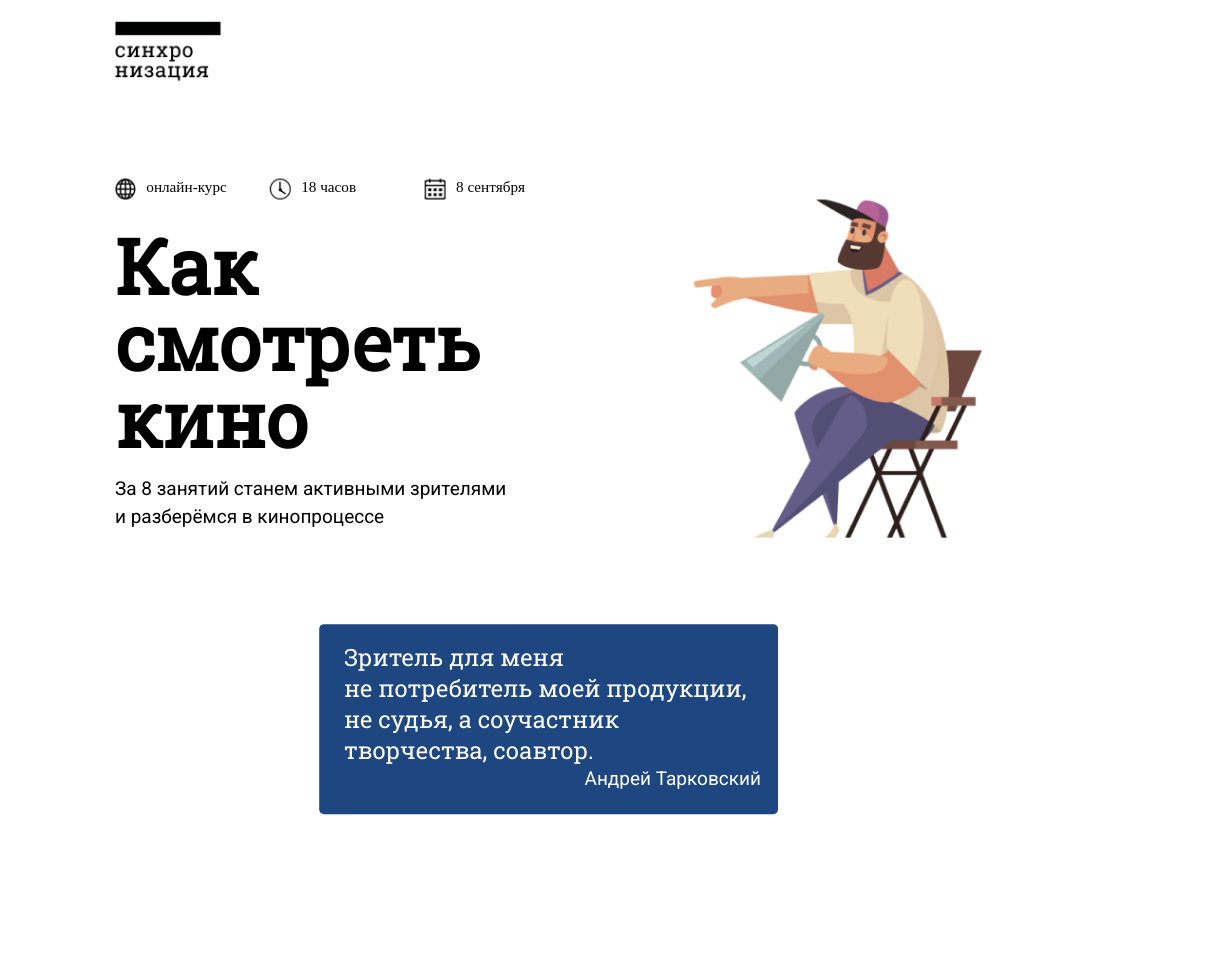
Repository: NatiqSamiyev/fiqma-task-top
Page: index.html
These files come from the project's save history. The page is drawn as it stood at one moment and after a run of saves; the edit follows.
The browser window is 1280 px wide. The pictures show the whole page, at 95% of full size.

Above is the page before, as saved 2023-08-16 15:33:42.

### index.html
<!DOCTYPE html>
<html lang="en">
  <head>
    <meta charset="UTF-8" />
    <meta name="viewport" content="width=device-width, initial-scale=1.0" />
    <link rel="stylesheet" href="index.css" />
    <title>Document</title>
  </head>
  <body>
    <div class="container">
      <img src="./images/logo_mobile_black 1.png" alt="" />

      <ul>
        <li>
          <img src="./images/globe.png" alt="" />
          <p>онлайн-курс</p>
        </li>

        <li>
          <img src="./images/img_135744.png" alt="" />
          <p>18 часов</p>
        </li>

        <li>
          <img src="./images/calendar_2.png" alt="" />
          <p>8 сентября</p>
        </li>
      </ul>

      <div class="top-container">
        <div class="box-1">
          <h1>Как смотреть кино</h1>
          <br />
          <p>
            За 8 занятий станем активными зрителями<br />
            и разберёмся в кинопроцессе
          </p>
        </div>

        <div class="box-2">
          <img src="./images/noroot 1.png" alt="" />
        </div>
      </div>

      <div class="bottum-container">
        <p>
          Зритель для меня
          <br />не потребитель моей продукции, не судья, а соучастник
          творчества, соавтор.
        </p>

        <h2>Андрей Тарковский</h2>
      </div>
    </div>
  </body>
</html>

### index.css
@import url("https://fonts.googleapis.com/css2?family=Roboto+Slab&family=Roboto:wght@400;700&display=swap");
* {
  margin: 0;
  padding: 0;
  box-sizing: border-box;
}

.container {
  width: 100%;
  padding: 21px 246px 173px 121px;
}

.container ul {
  margin-top: 97px;
  display: flex;

}
.container ul li{
  list-style-type: none;
}

.container ul img {
  width: 22px;
  height: 22px;
}

.container ul li p {
  width: 130px;
  margin-left: 11px;
}

.container ul li {
  display: flex;
  justify-content: space-between;
}

.top-container {
  display: flex;
}

.box-1 {
  width: 628px;
  margin: 29px 0px 0 0;
}

.box-1 h1 {
  color: #000;
  font-family: Roboto Slab;
  font-size: 80px;
  font-style: normal;
  font-weight: 700;
  line-height: 101.385%;
}

.box-1 p {
  color: #000;
  font-family: Roboto;
  font-size: 20px;
  font-style: normal;
  font-weight: 400;
  line-height: 150%;
}

.box-2 {
  margin-left: 140px;
}

.box-2 img {
  width: 304px;
  height: 356px;
}

.bottum-container {
  padding: 19px 18px 0 26px;
  width: 483px;
  height: 200px;
  margin: auto;
  margin-top: 87px ;
  border-radius: 5px;
  background: #1e4681;
}

.bottum-container p {
  color: #fff;
  font-family: Roboto Slab;
  font-size: 25px;
  font-style: normal;
  font-weight: 400;
  line-height: 130%;
}

.bottum-container h2 {
  color: #fff;
  text-align: right;
  font-family: Roboto;
  font-size: 20px;
  font-style: normal;
  font-weight: 400;
  line-height: 130%;
}

After the next 3 saves:
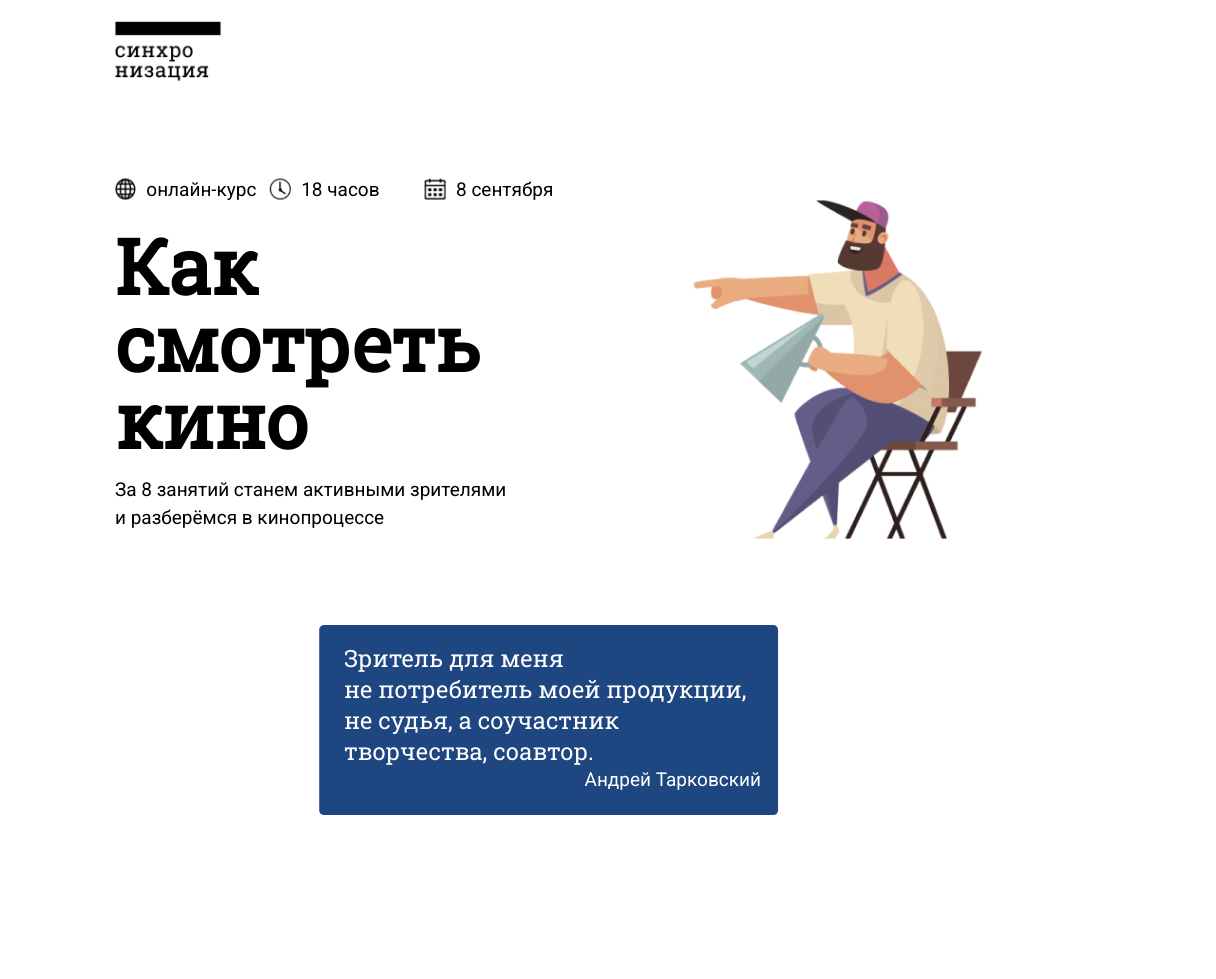
The 3 saves are shown as one change because they came seconds apart.
The last was saved 46 s later.
--- a/index.css
+++ b/index.css
@@ -27,6 +27,12 @@
 .container ul li p {
   width: 130px;
   margin-left: 11px;
+  color: #000;
+font-family: Roboto;
+font-size: 20px;
+font-style: normal;
+font-weight: 400;
+line-height: 115%;
 }
 
 .container ul li {
